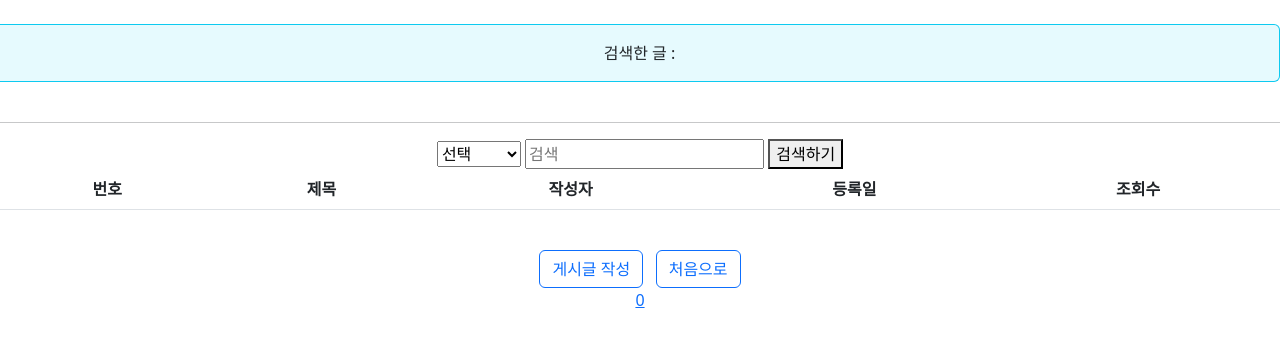
Repository: bbqju13/simai
Page: http://localhost/zip/WEB-INF/views/board/list.jsp
An editor plug-in stored every save of this project. The page is shown before and after the next save, followed by the edit.
The browser window is 1280 px wide. The pictures show the whole page.
The page is served by Tomcat 9. Nobody is signed in. The template is opened directly, without the code that normally fills it, so the values that code supplies are empty.

Above is the page before, as saved 2023-06-19 01:41:12.

After the next save:
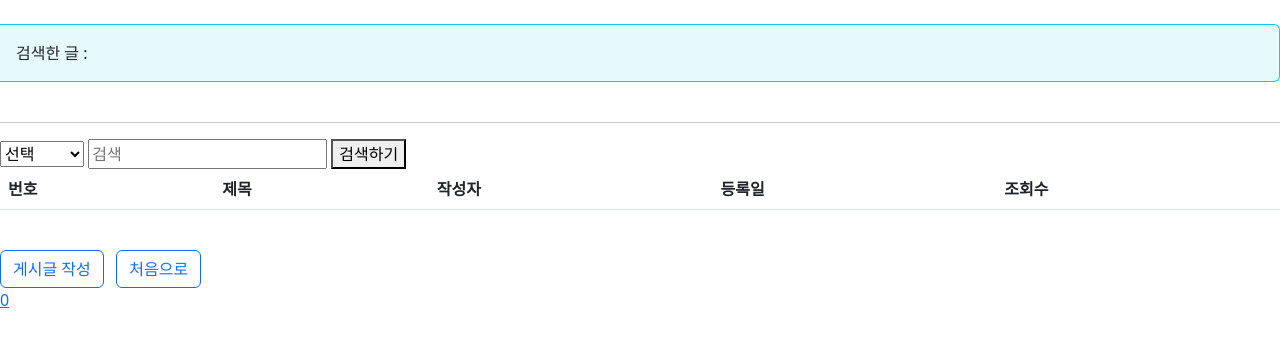
Saved 20 s later.
--- a/zip/src/main/webapp/WEB-INF/views/board/list.jsp
+++ b/zip/src/main/webapp/WEB-INF/views/board/list.jsp
@@ -15,11 +15,6 @@
 	integrity="sha384-kenU1KFdBIe4zVF0s0G1M5b4hcpxyD9F7jL+jjXkk+Q2h455rYXK/7HAuoJl+0I4"
 	crossorigin="anonymous"></script>
 <title>Board list</title>
-<style type="text/css">
-body {
-	text-align: center;
-}
-</style>
 </head>
 <body>
 
